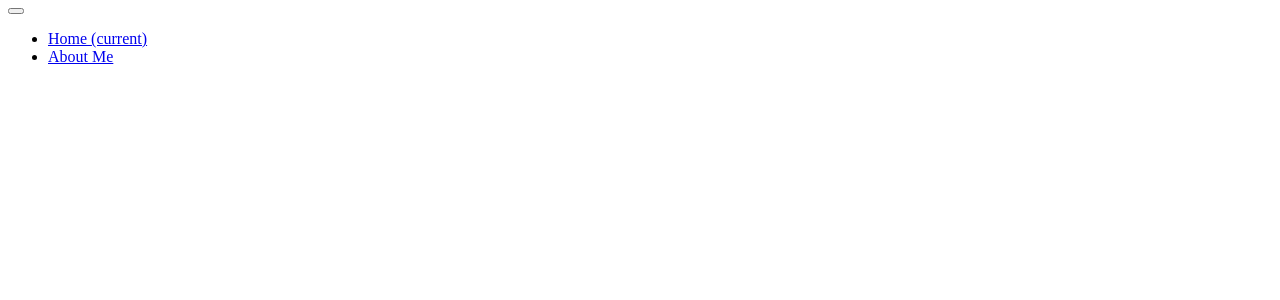
Repository: fathur15/covid19-monitoring
Page: http://localhost/covid19/apps/views/data/navbar/dashboard.php
The author's editor kept a copy of each file at every save. The page is drawn from the files as they stood at one save, then again after the next save.
The browser window is 1280 px wide. The pictures show the whole page.
The page is run by PHP 8.4 with error messages shown; the project is at /var/www/html/.

Above is the page before, as saved 2020-04-17 10:44:04.
Console error: ReferenceError: showTime is not defined

After the next save:
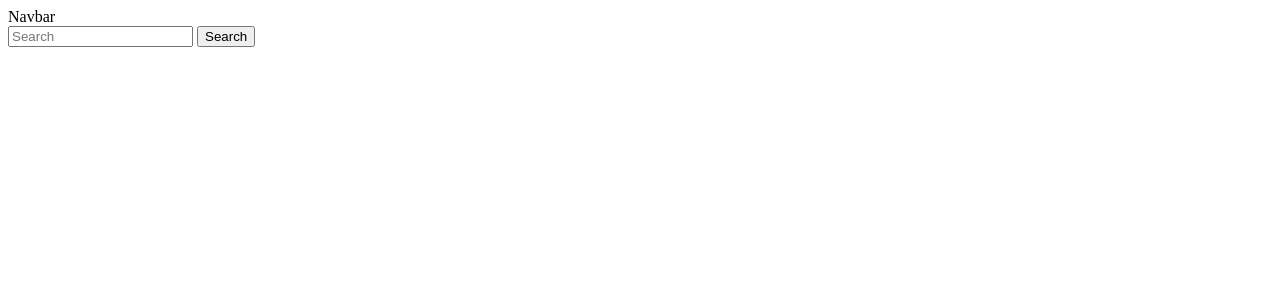
The error is gone.
Saved 66 s later.
--- a/apps/views/data/navbar/dashboard.php
+++ b/apps/views/data/navbar/dashboard.php
@@ -1,23 +1,8 @@
 <body>
-    <nav style="<?= (isset($style['wrapper'])) ? $style['wrapper'] : null ?>" class="navbar fixed-top navbar-expand-lg navbar-light bg-light">
-    <?php if(isset ($brand) && !empty($brand['text'])): ?>
-        <a style="<?= (isset($style['textBrand'])) ? $style['textBrand'] : null ?>" class="navbar-brand" href="#"><?= $brand['text'] ?></a>
-        <?php endif ?>
-    <button class="navbar-toggler" type="button" data-toggle="collapse" data-target="#navbarNavDropdown" aria-controls="navbarNavDropdown" aria-expanded="false" aria-label="Toggle navigation">
-        <span class="navbar-toggler-icon"></span>
-    </button>
-    <div class="collapse navbar-collapse" id="navbarNavDropdown">
-        <ul class="navbar-nav">
-        <li class="nav-item active">
-            <a class="nav-link" href="#">Home <span class="sr-only">(current)</span></a>
-        </li>
-        <li class="nav-item">
-            <a class="nav-link" href="#">About Me</a>
-        </li>
-        </ul>
-        <div class="other-menus  my-2 my-lg-0">
-            <div id="MyClockDisplay" class="clock"></div>
-            <script>showTime()</script>
-        </div>
-    </div>
-    </nav>
+<nav class="navbar navbar-light bg-light">
+  <a class="navbar-brand">Navbar</a>
+  <form class="form-inline">
+    <input class="form-control mr-sm-2" type="search" placeholder="Search" aria-label="Search">
+    <button class="btn btn-outline-success my-2 my-sm-0" type="submit">Search</button>
+  </form>
+</nav>
